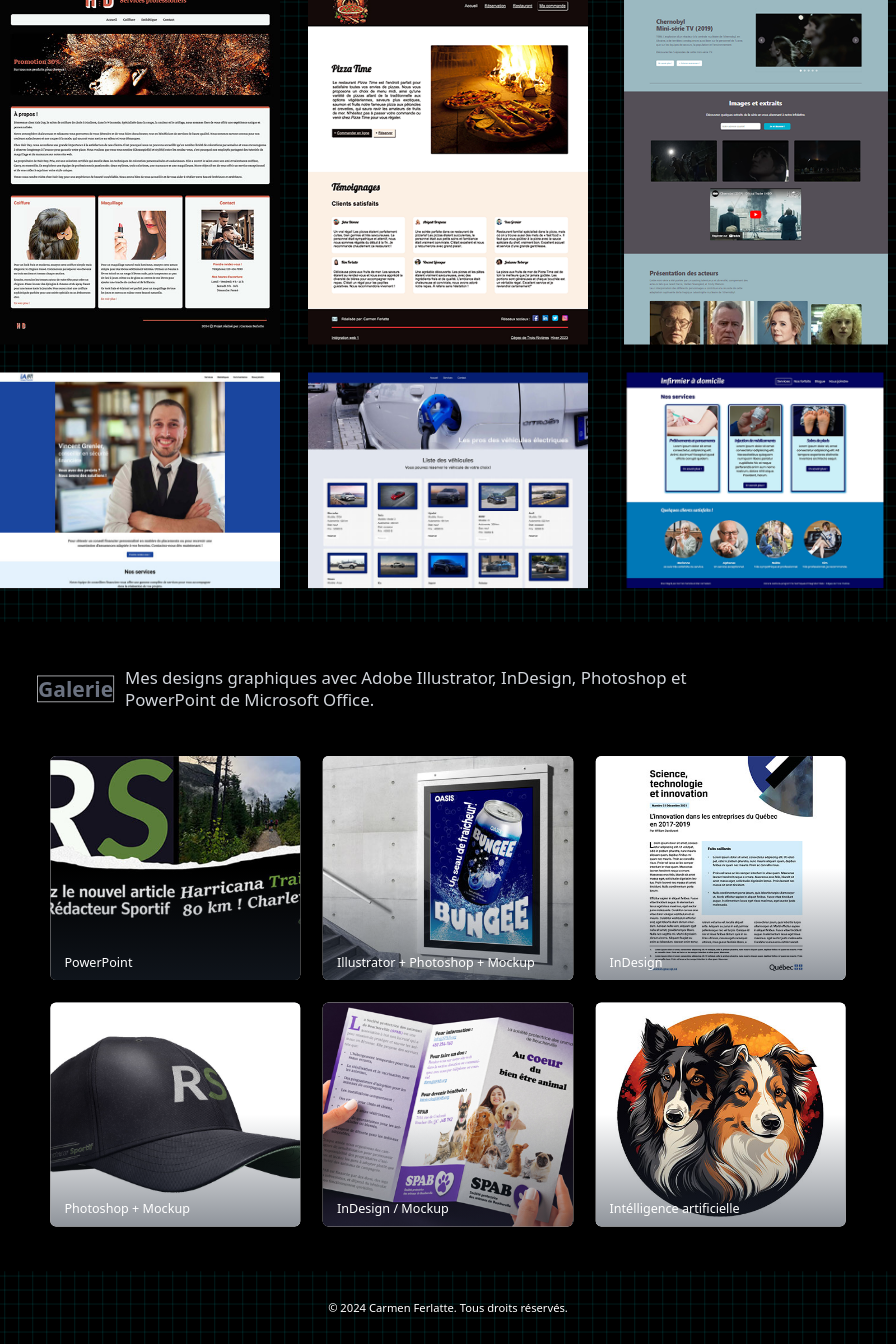
Repository: CarmenFerlatte/TP3__FerlatteCarmen
Page: realisations.html
An editor plug-in stored every save of this project. The page is shown before and after the next save, followed by the edit.
The browser window is 1280 px wide. The pictures show the part of the page from y = 1053 to 2973 px (the page is 2973 px tall), at 70% of full size.
Some web libraries are served in a nearby version. The style sheet was rebuilt from its Sass, Less or Tailwind sources for each picture, by a compiler version that may differ from the author's.

Above is the page before, as saved 2024-08-22 12:14:38.
Console error: TypeError: Cannot read properties of null (reading 'addEventListener')

### realisations.html
<!DOCTYPE html>
<html lang="fr-ca">
<head>
    <meta charset="UTF-8">
    <meta name="viewport" content="width=device-width, initial-scale=1.0">
    <link href="https://cdn.jsdelivr.net/npm/tailwindcss@2.2.19/dist/tailwind.min.css" rel="stylesheet">
    <title>Mon Portefolio</title>
    <script src="https://cdn.tailwindcss.com"></script>
    <link href="https://cdn.jsdelivr.net/npm/tailwindcss@2.2.19/dist/tailwind.min.css" rel="stylesheet">
    <link rel="stylesheet" href="https://cdnjs.cloudflare.com/ajax/libs/font-awesome/6.4.0/css/all.min.css">
    <link rel="stylesheet" href="style/css/style.css">
    <link rel="apple-touch-icon" sizes="180x180" href="img/favicons/apple-touch-icon.png">
    <link rel="icon" type="image/png" sizes="32x32" href="img/favicons/favicon-32x32.png">
    <link rel="icon" type="image/png" sizes="16x16" href="img/favicons/favicon-16x16.png">
    <link rel="manifest" href="img/favicons/site.webmanifest">
    <script src="https://code.jquery.com/jquery-3.6.0.min.js"></script>
    <script src="js/navbar.js" defer></script>
    <script src="js/script.js" defer></script>
    <script src="js/header.js" defer></script>
    <script src="js/install.js" defer></script>
    <script>
        $(function(){
            $("#header").load("assets/php/header.html");
            $("#footer").load("assets/php/footer.html");
        });
    </script>
</head>

<body class="bg-black text-white h-dvh">
    <header id="header"></header>

<main>
    <section class="md:h-full bg-black text-white py-8 sm:py-11 lg:py-12">
         <h1 class="text-2xl md:text-3xl lg:text-4xl xl:text-5xl font-bold text-center mt-20 border">Mes Réalisations</h1>
    <div class="container flex justify-center items-center mx-auto px-4 py-10 sm:py-20 md:py-4">

        <p class="text-sm sm:text-md md:text-base lg:text-1xl xl:text-2xl leading-6 text-left lg:py-20 px-5 md:px-2 lg:px-1 2xl:px-0 text-gray-200 border">Passionnée par le développement web 🖥  et le design 🎨, j'ai réalisé divers projets mettant en œuvre mes compétences 📑  en HTML , CSS, JavaScript et React. Ces technologies 👩‍💻 me permettent de créer des interfaces dynamiques 🚀 et interactives, alliant esthétisme et fonctionnalité. Parallèlement, j'explore ma créativité à travers des travaux de design élaborés avec la suite Adobe, où je m'applique avec enthousiasme 😃  à transformer des idées en visuels percutants. Mon approche multidisciplinaire me permet d'allier techniques de programmation et sens de l'esthétique <span><img class="w-7 inline-block align-middle" src="img/icons/design_web.svg" alt="icone design web"></span> , garantissant des projets non seulement performants mais également visuellement 👀 attrayants.  </p>

    </div>

<div class="container mx-auto px-4 py-1 md:py-5 md:mb-0 mt-[-10px] md:mt-0">
    <div class="grid grid-cols-12 gap-4 flex items-stretch px-5 md:px-2 lg:px-1">
        <div class="col-span-12 md:col-span-6 lg:col-span-4">
            <a href="#projets" title="Voir les projets">
                <div class="relative group cursor-pointer bg-gray-800 p-6 rounded-lg shadow-lg hover:bg-gray-700 hover:shadow-xl transition duration-300">
                    <h3 class="text-lg md:text-1xl lg:text-2xl font-bold text-gray-200">Développement Web</h3>
                    <p class="text-base md:text-lg lg:text-1xl  text-gray-300 mt-4 mb-1">Projets réalisés en HTML, CSS, JavaScript et React.</p>
                    <p class="flex">
                        <img src="img/icons/html5_icon.svg" alt="HTML5 icône" class="w-8 h-8 mt-2 mx-1">
                        <img src="img/icons/css3_icon.svg" alt="CSS3 icône" class="w-8 h-8 mt-2 mx-1">
                        <img src="img/icons/javascript_icon.svg" alt="JavaScript icône" class="w-7 h-7 mt-3 mx-1">
                        <img src="img/icons/react_native_icon.svg" alt="React icône" class="w-8 h-8 mt-3 mx-1">
                    </p>
                </div>
            </a>
        </div>

        <div class="col-span-12 md:col-span-6 lg:col-span-4 flex flex-col">
            <a href="#galerie" title="Voir les designs" class="flex-grow">
                <div class="relative group cursor-pointer bg-gray-800 p-6 rounded-lg shadow-lg hover:bg-gray-700 hover:shadow-xl transition duration-300 flex flex-col">
                    <h3 class="text-lg md:text-1xl lg:text-2xl font-bold text-gray-200 group">Design Graphique</h3>
                    <p class="text-base md:text-lg lg:text-1xl text-gray-300 mt-4 mb-1">Designs graphiques avec la suite Adobe et PowerPoint.</p>
                    <div class="flex">
                        <img src="img/icons/adobe-illustrator_icon.svg" alt="Illustrator icône" class="w-8 h-8 mt-2 mx-1">
                        <img src="img/icons/adobe_photoshop_icon.svg" alt="Photoshop icône" class="w-8 h-8 mt-2 mx-1">
                        <img src="img/icons/adobe_indesign_icon.svg" alt="InDesign icône" class="w-8 h-8 mt-2 mx-1">
                        <img src="img/icons/adobe-xd_icon.svg" alt="XD icône" class="w-8 h-8 mt-2 mx-1">
                        <img src="img/icons/Adobe_Acrobat_Reader_icon.svg" alt="Acrobat Reader icône" class="w-6 h-6 mt-3 mx-1">
                        <img src="img/icons/microsoft_powerpoint_icon.svg" alt="PowerPoint icône" class="w-8 h-8 mt-2 mx-1">
                    </div>
                </div>
            </a>
        </div>

        <div class="col-span-12 md:col-span-6 lg:col-span-4 flex flex-col">
            <a href="#galerie" title="Voir les projets" class="flex-grow">
                <div class="relative group cursor-pointer bg-gray-800 p-6 rounded-lg shadow-lg hover:bg-gray-700 hover:shadow-xl transition duration-300 flex flex-col">
                    <h3 class="text-lg md:text-1xl lg:text-2xl font-bold text-gray-200">Intelligence Artificielle</h3>
                    <p class="text-base md:text-lg lg:text-2xl text-gray-300 mt-4 mb-1">Création de logos avec l'intelligence artificielle.</p>
                    <div class="flex">
                        <img src="img/icons/intelligence_artificielle_icon.svg" alt="PowerPoint icône" class="w-8 h-8 mt-2 mx-1">
                    </div>
                </div>
            </a>
        </div>
    </div>
</div>


    </section>

    <section class="cyber-grid h-full">
        <div class="w-10/12 lg:w-11/12 mx-auto pt-10 flex items-end space-x-4">
            <h2 id="projets" class="text-2xl md:text-3xl lg:text-4xl font-bold text-gray-500 lg:text-3xl dark:text-white">Projets</h2>
            <p class="text-1xl md:text-2xl text-gray-300 dark:text-gray-300">
                Projets réalisés en html, css et JavaScript.
                </p>
        </div>
    <div class="container mx-auto py-8 md:mt-2 px-2 md:px-2 lg:px-0">

        <div class="grid grid-cols-1 md:grid-cols-2 lg:grid-cols-3 gap-10 p-4 w-full mx-auto place-items-start px-10 sm:px-0">
            <img class="hover:opacity-75" src="img/screenshots/2024__projet__salon_de_coiffure.jpg" alt="image">
            <img class="hover:opacity-75" src="img/screenshots/2024__projet__restaurant.png" alt="image">
            <img class="hover:opacity-75" src="img/screenshots/2024__projet_cinema.png" alt="image">
            <img class="hover:opacity-75" src="img/screenshots/2024__projet__vincent_grenier_w600.jpg" alt="image">
            <img class="hover:opacity-75" src="img/screenshots/mon_premier_projet_react.jpg" alt="image">
            <img class="hover:opacity-75" src="img/screenshots/2023__projet__soins_infirmiers.png" alt="image">
        </div>
    </div>
</section>
    <section class="dark:bg-gray-800 h-full">

        <div class="w-10/12 lg:w-11/12 mx-auto my-16 flex items-center space-x-4">

            <h2 id="galerie" class="text-3xl md-text-4xl font-bold text-gray-500 dark:text-white border">Galerie</h2>

            <p class="text-1xl md:text-2xl text-gray-300 dark:text-gray-300 lg:pr-40">
                Mes designs graphiques avec Adobe Illustrator, InDesign, Photoshop et PowerPoint de Microsoft Office.
            </p>
        </div>

    <div class="mx-auto h-auto max-w-screen-2xl px-4 md:px-8 mb-16 mt-auto">

        <div class="grid grid-cols-1 md:grid-cols-2 lg:grid-cols-3 mx-10 gap-4 md:gap-6 xl:gap-8">
            <!-- image - start -->
            <a href="https://le-redacteur-sportif.ca/harricana_trail_2023.html" title="Le Rédacteur Sportif" target="_blank" rel="noopener noreferrer"
                class="group relative flex items-end h-72 md:h-80 overflow-hidden rounded-lg bg-gray-100 shadow-lg">
                <img src="img/design/harricana_trail_80km__charlevoix__Vincent_Greniert.jpg" loading="lazy" alt="Projet Carmen Ferlatte Adobe InDesign (brochure)" class="absolute inset-0 h-full w-full object-cover object-center transition duration-200 group-hover:scale-110">

                <div
                    class="pointer-events-none absolute inset-0 bg-gradient-to-t from-gray-800 via-transparent to-transparent opacity-50">
                </div>

                <span class="relative ml-4 mb-3 inline-block text-sm text-white md:ml-5 md:text-lg">PowerPoint</span>
            </a>
            <!-- image - end -->

            <!-- image - start -->
            <div
                class="group relative flex items-end h-72 md:h-48 overflow-hidden rounded-lg bg-gray-100 shadow-lg md:h-80">
                <img src="img/design/05__affiche_bungee__Carmen_Ferlatte.jpg" loading="lazy" alt="Projet Carmen Ferlatte Adobe Illustrator (affiche)" class="absolute inset-0 h-full w-full object-cover object-center transition duration-200 group-hover:scale-110">

                <div
                    class="pointer-events-none absolute inset-0 bg-gradient-to-t from-gray-800 via-transparent to-transparent opacity-50">
                </div>

                <span class="relative ml-4 mb-3 inline-block text-sm text-white md:ml-5 md:text-lg">Illustrator + Photoshop + Mockup</span>
            </div>
            <!-- image - end -->

            <!-- image - start -->
            <div
                class="group relative flex items-end h-72 md:h-48 overflow-hidden rounded-lg bg-gray-100 shadow-lg md:h-80">
                <img src="img/design/exercice_inDesign__Carmen_Ferlatte.jpg" loading="lazy" alt="Photo by Magicle" class="absolute inset-0 h-full w-full object-cover object-center transition duration-200 group-hover:scale-110">

                <div
                    class="pointer-events-none absolute inset-0 bg-gradient-to-t from-gray-800 via-transparent to-transparent opacity-50">
                </div>

                <span class="relative ml-4 mb-3 inline-block text-sm text-white md:ml-5 md:text-lg">InDesign</span>
            </div>
            <!-- image - end -->

            <!-- image - start -->
            <a href="https://le-redacteur-sportif.ca/harricana_trail_2023.html" title="Le Rédacteur Sportif" target="_blank" rel="noopener noreferrer"
                class="group relative flex items-end h-72 md:h-48 overflow-hidden rounded-lg bg-gray-100 shadow-lg md:h-80">
                <img src="img/design/casquette__RS__w1200.jpg" loading="lazy" alt="Affiche médias sociaux PowerPoint / Carmen Ferlatte" class="absolute inset-0 h-full w-full object-cover object-center transition duration-200 group-hover:scale-110">

                <div
                    class="pointer-events-none absolute inset-0 bg-gradient-to-t from-gray-800 via-transparent to-transparent opacity-50">
                </div>

                <span class="relative ml-4 mb-3 inline-block text-sm text-white md:ml-5 md:text-lg">Photoshop + Mockup</span>
            </a>
            <!-- image - end -->

            <!-- image - start -->
            <div
                class="group relative flex h-72 md:h-48 items-end overflow-hidden rounded-lg bg-gray-100 shadow-lg md:h-80">
                <img src="img/design/projet__brochure__spa__450x345.jpg" loading="lazy" alt="Brochure InDesign et Mockup / Carmen Ferlatte" class="absolute inset-0 h-full w-full object-cover object-center transition duration-200 group-hover:scale-110">

                <div
                    class="pointer-events-none absolute inset-0 bg-gradient-to-t from-gray-800 via-transparent to-transparent opacity-50">
                </div>

                <span class="relative ml-4 mb-3 inline-block text-sm text-white md:ml-5 md:text-lg">InDesign / Mockup</span>
            </div>
            <!-- image - end -->
             <!-- image - start -->
            <div
                class="group relative flex h-72 md:h-48 items-end overflow-hidden rounded-lg bg-gray-100 shadow-lg md:h-80">
                <img src="img/design/logo_colley_carmen_ferlatte.jpg" loading="lazy" alt="Logo fait avec l'Intélligence artificielle / Carmen Ferlatte" class="absolute inset-0 h-full w-full object-cover object-center transition duration-200 group-hover:scale-110">

                <div
                    class="pointer-events-none absolute inset-0 bg-gradient-to-t from-gray-800 via-transparent to-transparent opacity-50">
                </div>

                <span class="relative ml-4 mb-3 inline-block text-sm text-white md:ml-5 md:text-lg">Intélligence artificielle</span>
            </div>
            <!-- image - end -->
        </div>
    </div>
</section>
</main>

   <footer id="footer" class="block clear-both mt-16"></footer>
</body>
</html>

### js/header.js
// Header and footer loading script

$(function () {
    $('#header').load('assets/php/header.html', function() {
        let navbar = document.querySelector('.bg-animated');
        if (navbar) {
            let lastScrollTop = 0;

            window.addEventListener('scroll', function () {
                let scrollTop = window.scrollY || document.documentElement.scrollTop;
                if (scrollTop > lastScrollTop) {
                    // Scroll down
                    navbar.classList.add('navbar-hidden');
                } else {
                    // Scroll up
                    navbar.classList.remove('navbar-hidden');
                }

                    lastScrollTop = scrollTop;
            });
        } else {
            console.error('Navbar not found');
        }
    });
    $('#footer').load('assets/php/footer.html', function (response, status, xhr) {
        if (status === "error") {
            console.error("Erreur de chargement du pied de page: " + xhr.status + " " + xhr.statusText);
        } else {
            console.log("Le pied de page a été chargé avec succès");
        }
    });
});

### js/install.js
// Description: Script pour l'installation de la PWA

let deferedInstallPrompt = null;
    const installButton = document.getElementById('butInstall');

    installButton.addEventListener('click', installPWA);

    window.addEventListener('beforeInstallPrompt', afficherButtonInstall);

    function afficherBoutonInstall(evt) {
        deferedInstallPrompt = evt;
        installButton.removeAttribute('hidden');
    }

    function installPWA(evt) {
        deferedInstallPrompt.prompt();
        evt.srcElement.setAttribute('hidden', true);
        deferedInstallPrompt.userChoice
            .then((choice) => {
                if (choice.outcome === 'accepted') {
                    console.log("L'usager a installé la PWA VIA le mon bouton d'installation", choice);
                } else {
                    console.log("Lusager a refusé l'installation de la PWA VIA le boutton d'installation", choice);
                }
                deferedInstallPrompt = null;
            });

        function logAppInstalled(evt) {
            console.log("L'usager a installé la PWA VIA Les ... de Chrome");
    }
 };

### assets/php/header.html
<header>
  <nav class="bg-animated cyber-grid fixed w-full z-50">
    <div class="w-full mx-auto px-6 md:px-10">
      <div class="flex justify-between items-center py-6">
        <a
          href="index.html"
          class="text-xl sm:text-1xl lg:text-2xl font-bold neon-text glitch-effect"
          data-text="Carmen Ferlatte"
          >Carmen Ferlatte</a
        >
        <label for="menu-toggle">Portefolio</label>
        <input type="checkbox" id="menu-toggle" class="hidden" />
        <label for="menu-toggle" class="menu-icon cursor-pointer md:hidden">
          <span class="hamburger"></span>
        </label>
        <ul class="menu hidden md:flex md:items-center space-x-10">
          <li>
            <a href="index.html" class="nav-link" data-text="Accueil"
              >Accueil</a
            >
          </li>
          <li>
            <a
              href="realisations.html"
              class="nav-link"
              data-text="Réalisations"
              >Réalisations</a
            >
          </li>
          <li>
            <a href="contact.html" class="nav-link" data-text="Contact"
              >Contact</a
            >
          </li>
          <!-- <li><a href="#" class="bg-gradient-to-r from-cyan-500 to-blue-500 text-white font-bold py-2 px-4 rounded hover:from-cyan-600 hover:to-blue-600 transition-all duration-300">Sign Up</a></li> -->
        </ul>
      </div>
    </div>
  </nav>
</header>

### assets/php/footer.html
<footer class="cyber-grid">
    <div class="container mx-auto px-4 py-10">
        <p class="text-center text-white">© 2024 Carmen Ferlatte. Tous droits réservés.</p>
   </div>
</footer>

### style/sass/style.scss
@use "navbar" as *;

### style/sass/_navbar.scss
@keyframes neon-pulse {
    0%, 100% {
        text-shadow: 0 0 5px #fff, 0 0 10px #fff, 0 0 15px #fff, 0 0 20px #0891b2, 0 0 35px #0891b2, 0 0 40px #0891b2, 0 0 50px #0891b2, 0 0 75px #0891b2;
    }
    50% {
        text-shadow: 0 0 2px #fff, 0 0 5px #fff, 0 0 7px #fff, 0 0 10px #0891b2, 0 0 17px #0891b2, 0 0 20px #0891b2, 0 0 25px #0891b2, 0 0 37px #0891b2;
    }
}

.neon-text {
    animation: neon-pulse 1.5s infinite alternate;
}

.bg-animated {
    background: linear-gradient(-45deg, #000000, #1a1a1a, #000033, #003366);
    background-size: 400% 400%;
    animation: gradient 15s ease infinite;
}

@keyframes gradient {
    0% { background-position: 0% 50%; }
    50% { background-position: 100% 50%; }
    100% { background-position: 0% 50%; }
}

.cyber-grid {
    background-image:
        linear-gradient(rgba(0, 255, 255, 0.1) 1px, transparent 1px),
        linear-gradient(90deg, rgba(0, 255, 255, 0.1) 1px, transparent 1px);
    background-size: 20px 20px;
    animation: cyber-grid-move 20s linear infinite;
}

@keyframes cyber-grid-move {
    0% { background-position: 0 0; }
    100% { background-position: 20px 20px; }
}



.nav-link {
    position: relative;
    overflow: hidden;

        &::before {
            content: '';
            position: absolute;
            bottom: 0;
            left: 0;
            width: 100%;
            height: 2px;
            background-color: #0891b2;
            transform: translateX(-100%);
            transition: transform 0.3s ease;
        }

       &:hover::before {
            transform: translateX(0);
        }

        &::after {
            content: attr(data-text);
            position: absolute;
            top: 0;
            left: 0;
            width: 100%;
            height: 100%;
            display: flex;
            align-items: center;
            justify-content: center;
            transform: translateY(100%);
            background: linear-gradient(to bottom, #0891b2, #3e43cb);
            -webkit-background-clip: text;
            background-clip: text;
            -webkit-text-fill-color: transparent;
            transition: transform 0.3s ease;
        }

        &:hover::after {
            transform: translateY(0);
        }
}


.glitch-effect {
    position: relative;

    &::before,
    &::after {
        content: attr(data-text);
        position: absolute;
        top: 0;
        left: 0;
        width: 100%;
        height: 100%;
        opacity: 0.8;
    }

    &::before {
        left: 2px;
        text-shadow: -2px 0 #ff00de;
        clip: rect(24px, 550px, 90px, 0);
        animation: glitch-anim 3s infinite linear alternate-reverse;
    }

    &::after {
        left: -2px;
        text-shadow: -2px 0 #0891b2;
        clip: rect(85px, 550px, 140px, 0);
        animation: glitch-anim 2s infinite linear alternate-reverse;
    }

}



@keyframes glitch-anim {
    0% { clip: rect(39px, 9999px, 71px, 0); }
    20% { clip: rect(3px, 9999px, 5px, 0); }
    40% { clip: rect(6px, 9999px, 38px, 0); }
    60% { clip: rect(13px, 9999px, 43px, 0); }
    80% { clip: rect(44px, 9999px, 93px, 0); }
    100% { clip: rect(54px, 9999px, 47px, 0); }
}

#menu-toggle {
    &:checked {
        ~ .menu {
            display: block;
        }

        ~ .menu-icon {
            .hamburger {
                transform: rotate(45deg);

                &::before {
                    transform: translateY(8px) rotate(90deg);
                }

                &::after {
                    transform: translateY(-8px) rotate(90deg);
                }
            }
        }
    }
}

.hamburger,
.hamburger::before,
.hamburger::after {
    content: '';
    display: block;
    background: #0891b2;
    height: 3px;
    width: 30px;
    transition: transform 0.5s cubic-bezier(0.23, 1, 0.32, 1);
}

.hamburger {
    &::before {
        transform: translateY(-8px);
    }

    &::after {
        transform: translateY(8px);
    }
}

@media (max-width: 768px) {
    .menu {
        position: fixed;
        top: 60px;
        left: 0;
        right: 0;
        width: 100%;
        height: 0;
        background: rgba(0, 0, 0, 0.9);
        overflow: hidden;
        transition: height 0.5s cubic-bezier(0.23, 1, 0.32, 1);
        text-align: right;
        padding-right: 20px;
        padding-top: 20px;

        a {
            display: block;
            font-size: 1.2rem;
            padding: 10px 0;
            text-decoration: underline 2px #0891b2;

            &:hover {
                color: #0891b2;
                text-decoration: none;
                cursor: pointer;
            }
        }
    }

    #menu-toggle:checked ~ .menu {
        height: calc(100vh - 60px);
    }
}

@media (max-width: 640px) {
    .no-glitch {
        animation: none !important;
    }
}

/*-------------Invisible Navbar-------------*/

.navbar-hidden {
    transform: translateY(-100%);
    transition: transform 0.3s ease-in-out;
}

Loaded but not shown: js/script.js (33 lines, source omitted); js/navbar.js (30 lines, source omitted)

After the next save:
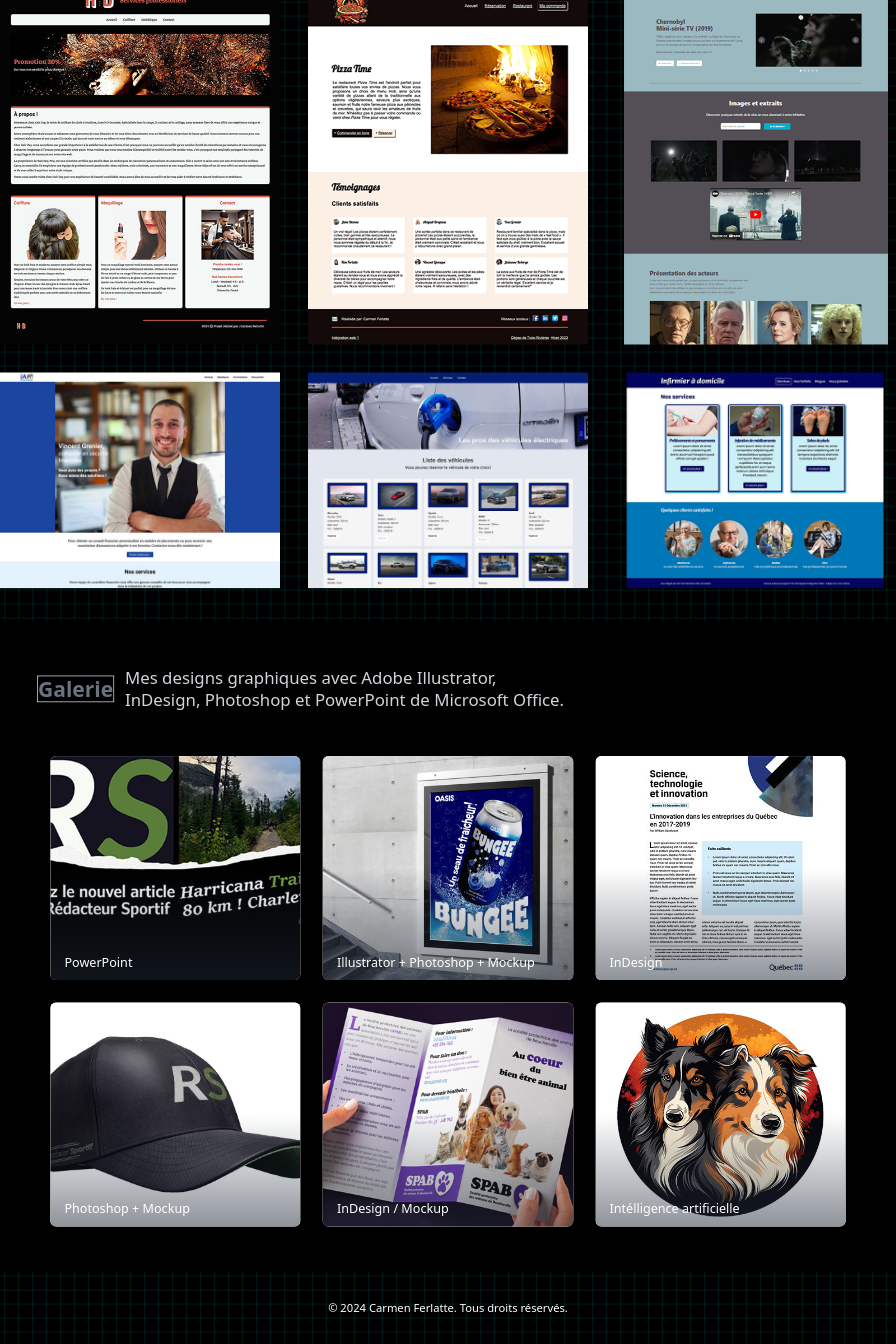
Saved 54 s later.
--- a/realisations.html
+++ b/realisations.html
@@ -114,7 +114,7 @@
 
             <h2 id="galerie" class="text-3xl md-text-4xl font-bold text-gray-500 dark:text-white border">Galerie</h2>
 
-            <p class="text-1xl md:text-2xl text-gray-300 dark:text-gray-300 lg:pr-40">
+            <p class="text-1xl md:text-2xl text-gray-300 dark:text-gray-300 max-w-screen-sm">
                 Mes designs graphiques avec Adobe Illustrator, InDesign, Photoshop et PowerPoint de Microsoft Office.
             </p>
         </div>
